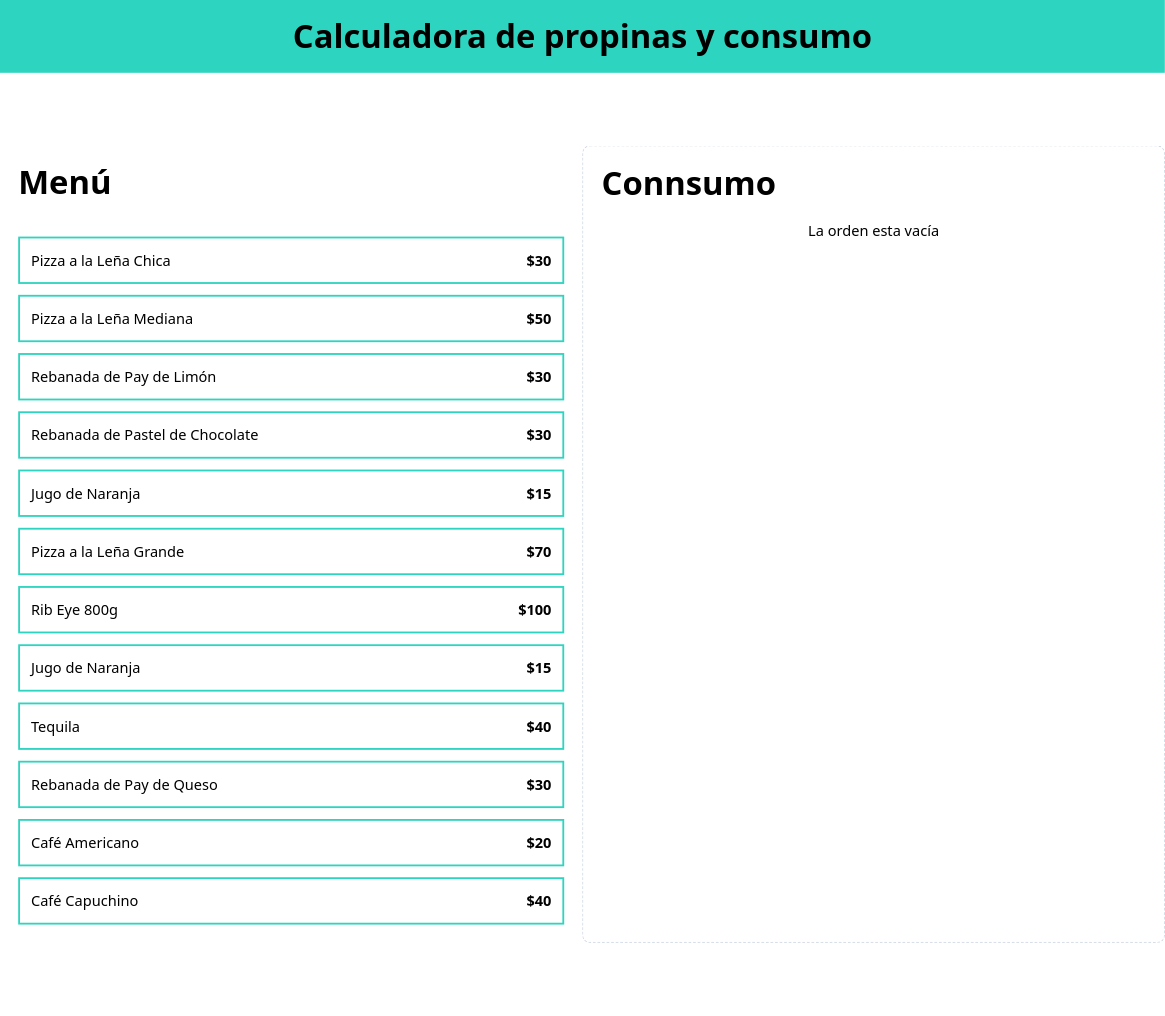
Repository: Samuel-Leal96/calculador_propinas
Page: /
An editor plug-in stored every save of this project. The page is shown before and after the next save, followed by the edit.
The browser window is 1280 px wide. The pictures show the whole page, at 91% of full size.
The project was rebuilt for these pictures with package versions that can differ from the ones it lists, and the page was loaded fresh each time. Also part of the build but not shown: vite.config.ts.

Above is the page before, as saved 2025-10-21 16:30:58.

### index.html
<!doctype html>
<html lang="en">
  <head>
    <meta charset="UTF-8" />
    <link rel="icon" type="image/svg+xml" href="/vite.svg" />
    <meta name="viewport" content="width=device-width, initial-scale=1.0" />
    <title>calculaora_propinas</title>
  </head>
  <body>
    <div id="root"></div>
    <script type="module" src="/src/main.tsx"></script>
  </body>
</html>

### src/App.tsx
import MenuItem from "./components/MenuItem";
import OrderContents from "./components/OrderContents";
import { menuItems } from "./data/db";
import useOrder from "./hooks/useOrder";

function App() {

  const { order, addItem } = useOrder();

  return (
    <>
      <header className="bg-teal-400 p-5">
        <h1 className="text-center text-4xl font-black">Calculadora de propinas y consumo</h1>
      </header>

      <main className="max-w-7xl mx-auto py-20 grid md:grid-cols-2">
        <div className="p-5">
          <h2 className="text-4xl font-black">Menú</h2>

          <div className="space-y-3 mt-10">
            {menuItems.map((item) => (
              <MenuItem
                key={item.id}
                item={item}
                addItem={addItem}
              />
            ))}
          </div>

        </div>

        <div className="border border-dashed border-slate-300 p-5 rounded-lg space-y-10">
            <OrderContents
              order={order}
            />
        </div>

      </main>
    </>
  )
}

export default App

### src/components/MenuItem.tsx
import type { MenuItem } from "../types";

type MenuItemProps = {
    item: MenuItem;
    addItem: (item: MenuItem) => void;
}

export default function MenuItem({ item, addItem }: MenuItemProps) {

    return (
        <button
            className="border-2 border-teal-400 hover:bg-teal-200 w-full p-3 flex justify-between items-center"
            onClick={ () => addItem(item) }
        >
            <p>{item.name}</p>
            <p className="font-black">${item.price}</p>
        </button>
    )
}

### src/components/OrderContents.tsx
import { formatCurrency } from "../helpers"
import type { OrderItem } from "../types"

type OrderContentsProps = {
    order: OrderItem[]
}

export default function OrderContents({ order }: OrderContentsProps) {
    return (
        <div>
            <h2 className='font-black text-4xl'>Connsumo</h2>

            <div className="space-y-3 mt-5">
                {order.length === 0 ?
                    <p className="text-center">La orden esta vacía</p>
                    : (
                        order.map(item => (
                            <div key={item.id}
                                className="flex justify-between items-center border-t border-gray-200 py-5 last-of-type:border-b"
                            >
                                <div>
                                    <p className="text-lg">
                                        {item.name} - {formatCurrency(item.price)}
                                    </p>
                                    <p className="font-black">
                                        {item.quantity} - {formatCurrency(item.price * item.quantity)}
                                    </p>
                                </div>

                                <button className="bg-red-800 h-8 w-8 rounded-full text-white font-black"> X </button>

                            </div>
                        ))
                    )
                }
            </div>
        </div>
    )
}

### src/data/db.ts
import type { MenuItem } from "../types";

export const menuItems: MenuItem[] = [
    {
      "id": 1,
      "name": "Pizza a la Leña Chica",
      "price": 30
    },
    {
      "id": 2,
      "name": "Pizza a la Leña Mediana",
      "price": 50
    },
    {
      "id": 3,
      "name": "Rebanada de Pay de Limón",
      "price": 30
    },
    {
      "id": 4,
      "name": "Rebanada de Pastel de Chocolate",
      "price": 30
    },
    {
      "id": 5,
      "name": "Jugo de Naranja",
      "price": 15
    },
    {
      "id": 6,
      "name": "Pizza a la Leña Grande",
      "price": 70
    },
    {
      "id": 7,
      "name": "Rib Eye 800g",
      "price": 100
    },
    {
      "id": 8,
      "name": "Jugo de Naranja",
      "price": 15
    },
    {
      "id": 9,
      "name": "Tequila",
      "price": 40
    },
    {
      "id": 10,
      "name": "Rebanada de Pay de Queso",
      "price": 30
    },
    {
      "id": 11,
      "name": "Café Americano",
      "price": 20
    },
    {
      "id": 12,
      "name": "Café Capuchino",
      "price": 40
    }
]

### src/hooks/useOrder.ts
import { useState } from "react";
import type { MenuItem, OrderItem } from "../types";

export default function useOrder() {
    const [order, setOrder] = useState<OrderItem[]>([]);

    const addItem = (item: MenuItem) => {

        const itemExists = order.find((orderItem) => orderItem.id === item.id);

        if(itemExists) {
            const updateOrder = order.map( orderItem => orderItem.id === item.id ?
                 {...orderItem, quantity: orderItem.quantity + 1} : orderItem );
                setOrder(updateOrder);
        }else{
            const newItem = { ...item, quantity: 1 }
            setOrder([...order, newItem]);
        }

    }

    return {
        order,
        addItem
    }
}

### src/helpers/index.ts
export function formatCurrency(quantity: number){
    return new Intl.NumberFormat('en-US', {
        style: 'currency', currency: 'USD'
    }).format(quantity)
}

Loaded but not shown: src/main.tsx (common file); src/index.css (common file); tailwind.config.js (common file)

After the next save:
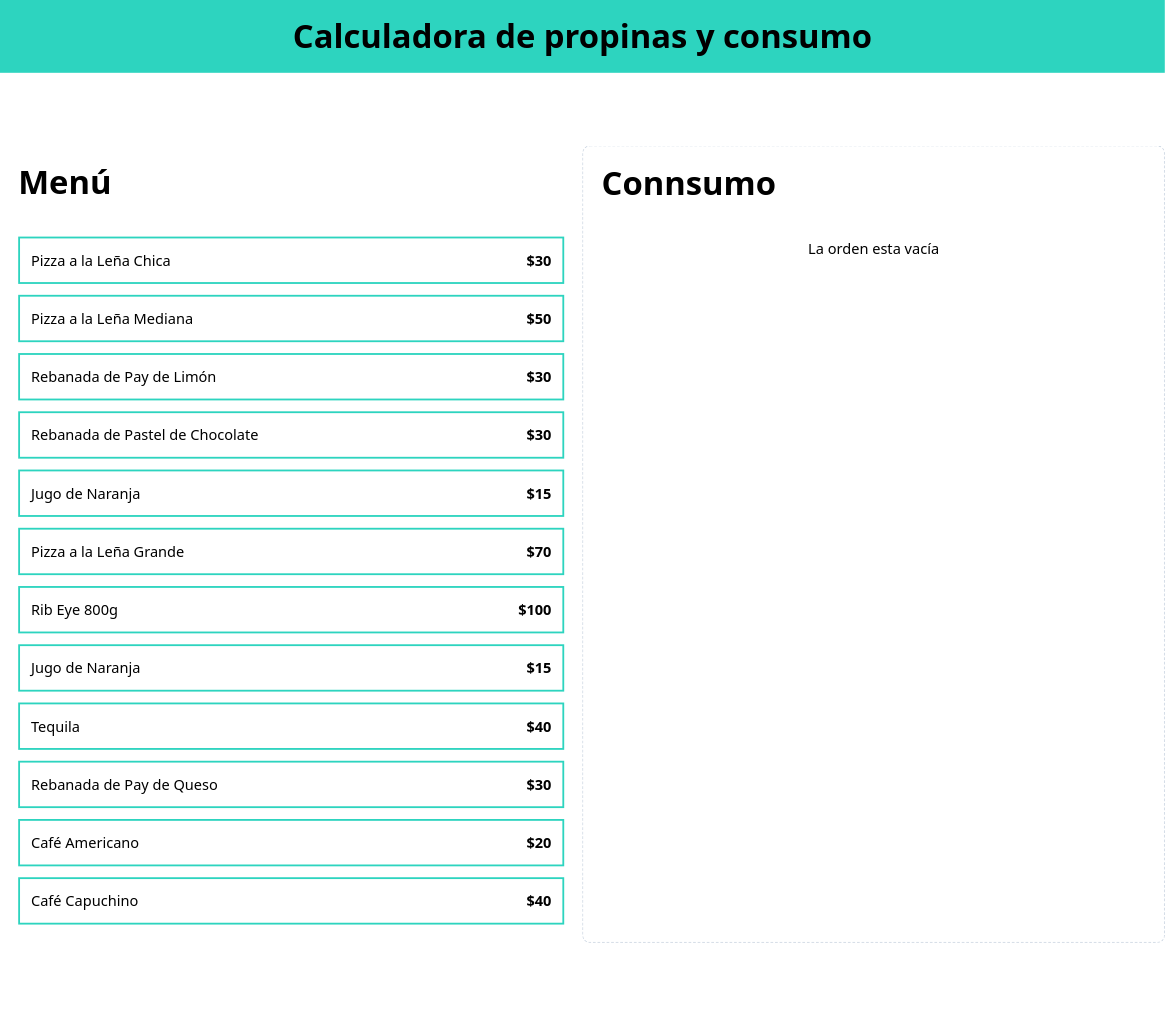
Saved 85 s later.
--- a/src/components/OrderContents.tsx
+++ b/src/components/OrderContents.tsx
@@ -10,7 +10,7 @@ export default function OrderContents({ order }: OrderContentsProps) {
         <div>
             <h2 className='font-black text-4xl'>Connsumo</h2>
 
-            <div className="space-y-3 mt-5">
+            <div className="space-y-3 mt-10">
                 {order.length === 0 ?
                     <p className="text-center">La orden esta vacía</p>
                     : (
